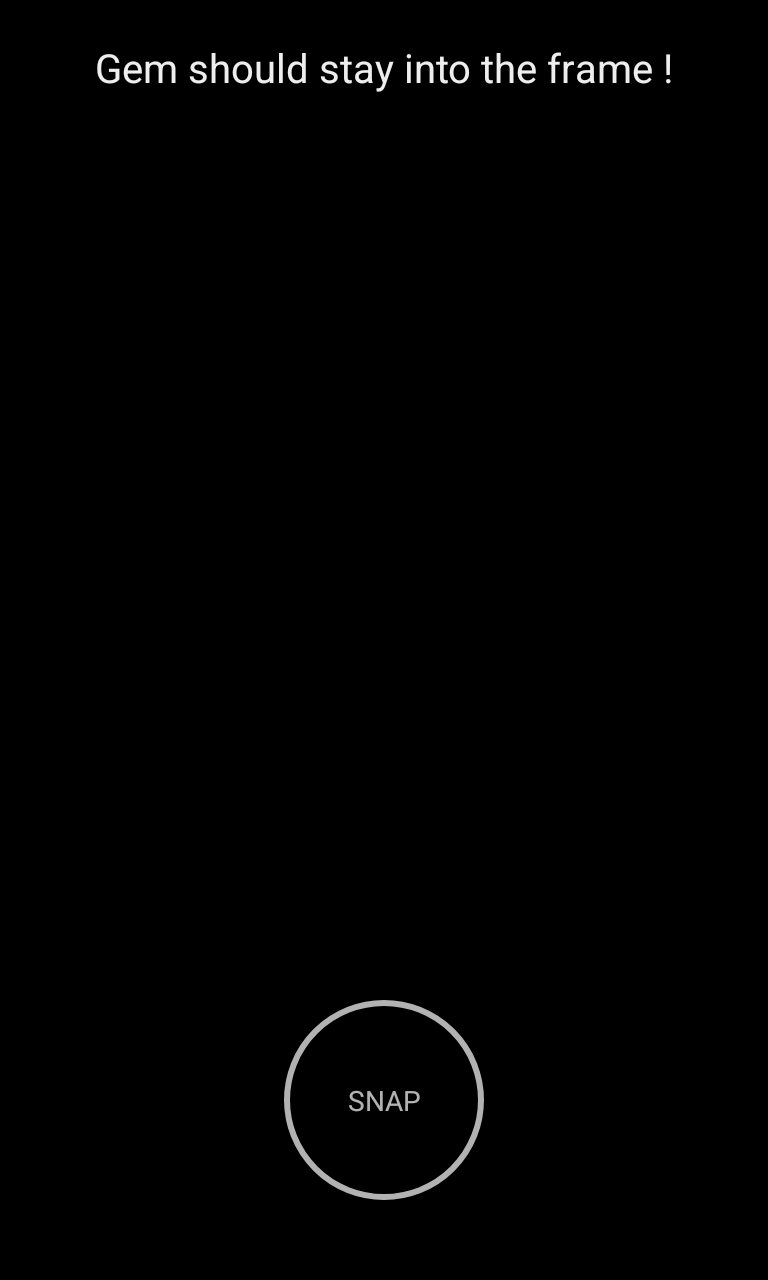
Repository: jellydiamonds/Proto
Layout: Android/CameraSafePreview/res/layout/preview.xml
These files come from the project's save history. The layout is drawn as it stood at one moment and after the next save; the edit follows.
It is drawn on a 768 x 1280 px phone screen (xhdpi) without system bars, with theme android:Theme.Black.NoTitleBar.Fullscreen; the app's code is not run.

Above is the layout before, as saved 2014-04-04 09:10:47.

After the next save:
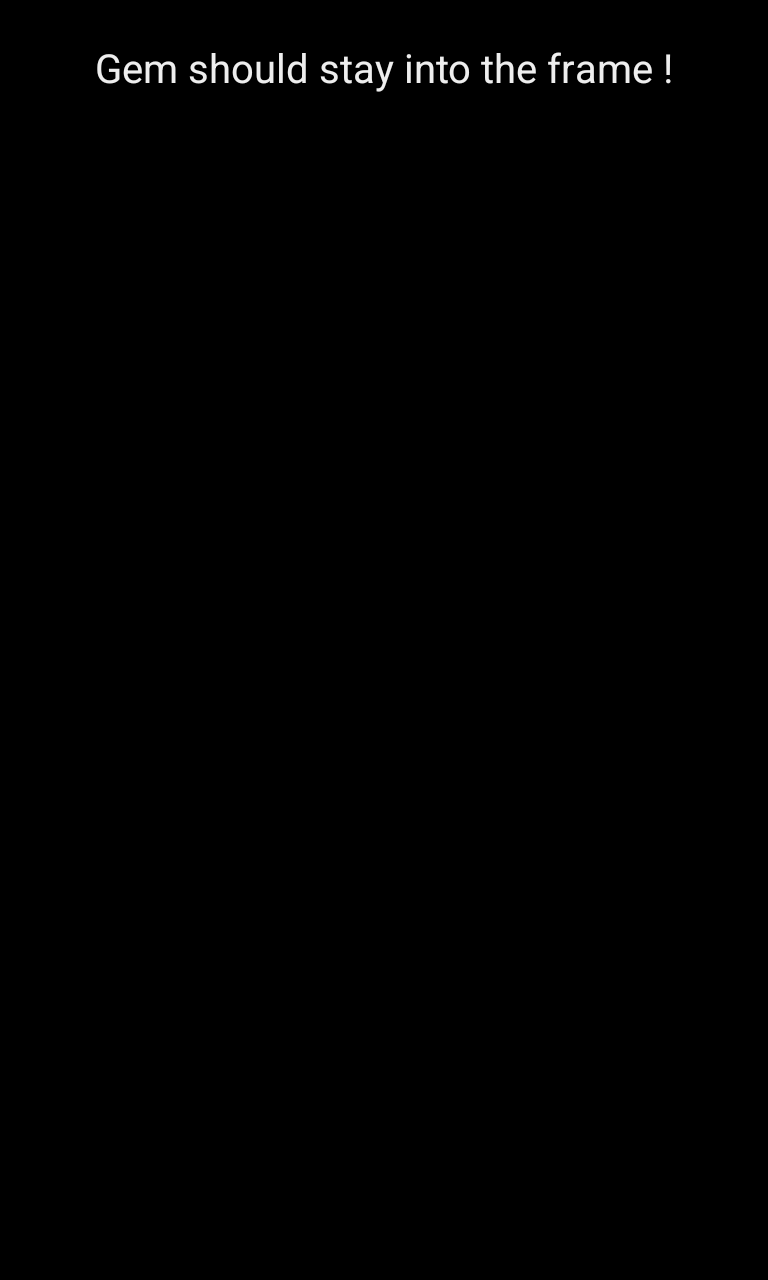
Saved 17 min 41 s later.
--- a/Android/CameraSafePreview/res/layout/preview.xml
+++ b/Android/CameraSafePreview/res/layout/preview.xml
@@ -7,9 +7,9 @@
 					android:layout_weight="1"
 					android:orientation="horizontal" >
 
-		<include
+		<!-- <include
 					android:id="@+id/controls_layout"
-					layout="@layout/control" />
+					layout="@layout/control" />-->
 
 		<include
 		    		android:id="@+id/selection_layout"
